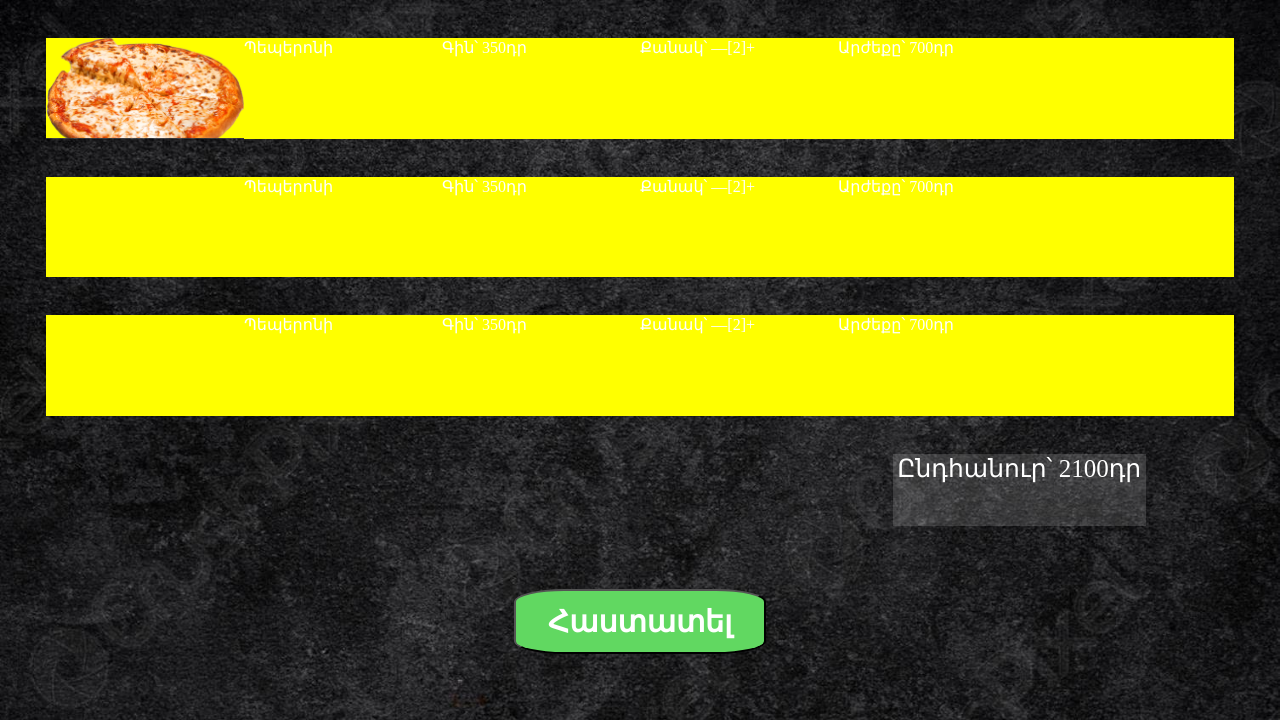
Repository: NarekTovmasyan/PizzaManue
Page: public/basket.html
An editor plug-in stored every save of this project. The page is shown before and after the next save, followed by the edit.
The browser window is 1280 px wide. The pictures show the whole page.

Above is the page before, as saved 2022-01-20 14:50:12.

After the next save:
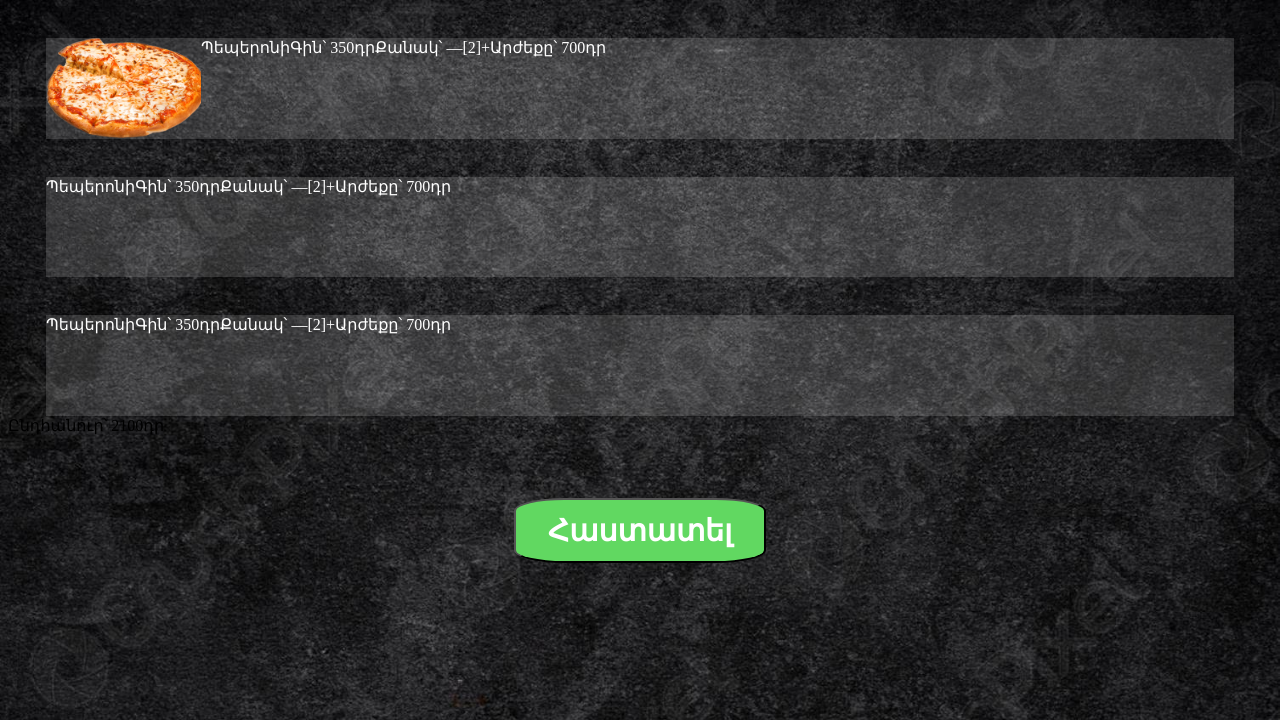
Saved 2 min 15 s later.
--- a/public/basket.css
+++ b/public/basket.css
@@ -14,13 +14,14 @@ body {
   margin-top: 3%;
   margin-left: 3%;
   display: flex;
+  flex-direction:row;
   color:white ;
 }
-.prop > div{
-
+/*.prop > div{
      background-color: yellow;
      width: 20%;
-}
+}*/
+ .prop > div
 .sum{
     background-color: rgba(255, 255, 255, 0.144) ;
     width: 20%;
